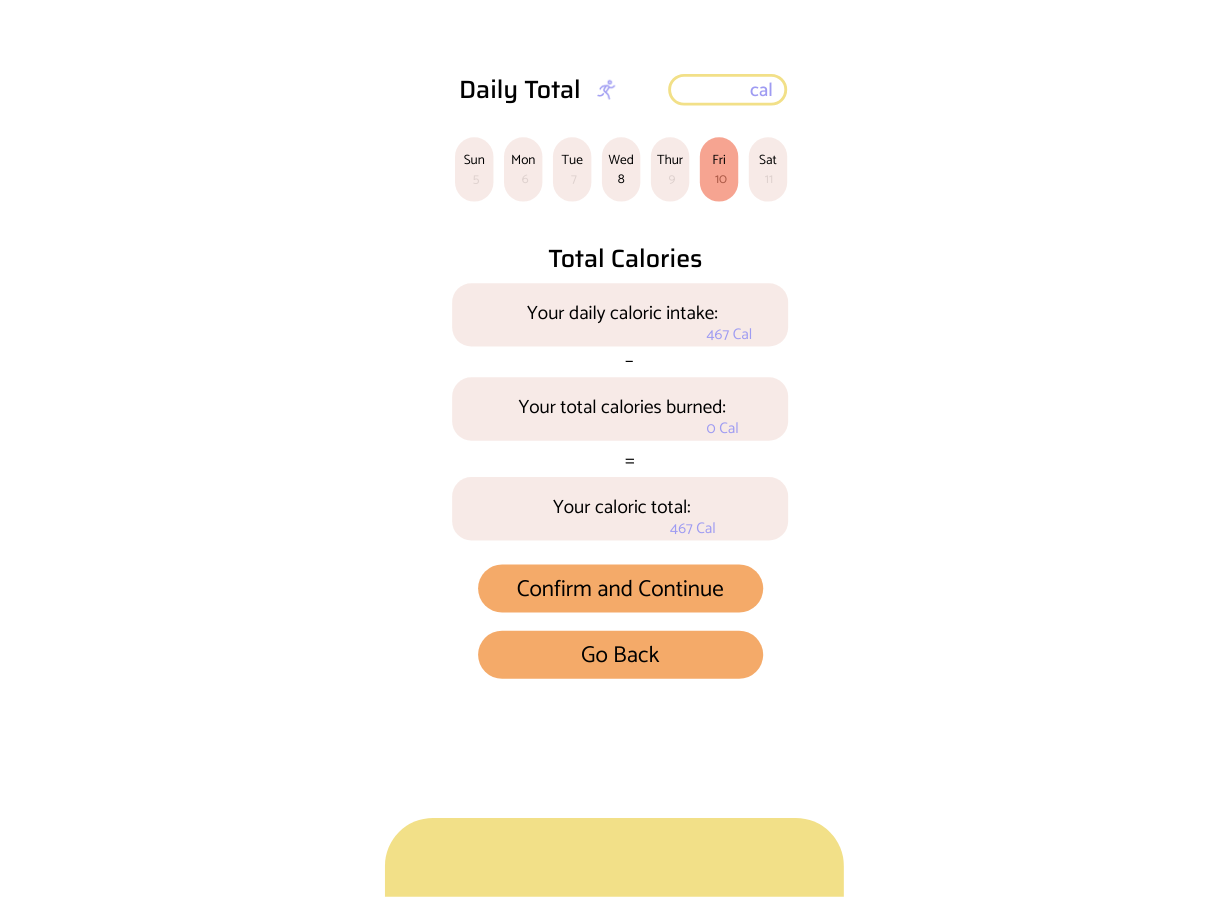
Repository: MeowCeline00/G5-Calorie-Tracker
Page: CalculateTotal/index.html
The author's editor kept a copy of each file at every save. The page is drawn from the files as they stood at one save, then again after a run of saves.
The browser window is 1280 px wide. The pictures show the whole page, at 96% of full size.

Above is the page before, as saved 2024-05-26 14:12:12.

### CalculateTotal/index.html
<!DOCTYPE html>
<html>
<head>
  	<meta charset="utf-8">
  	<meta name="viewport" content="initial-scale=1, width=device-width">


  	<link rel="stylesheet" href="./global.css" />
  	<link rel="stylesheet"  href="./index.css" />
  	<link rel="stylesheet" href="https://fonts.googleapis.com/css2?family=Saira:wght@500&display=swap" />
  	<link rel="stylesheet" href="https://fonts.googleapis.com/css2?family=Catamaran:wght@400;500&display=swap" />



</head>
<body>
	<div class="pageContainer">
		<div class="pageInnerContainer">

  	<div class="add-page">
    		<div class="add-page-child">
    		</div>

    		<div class="total-calories">Total Calories</div>
    		<div class="add-page-item">
    		</div>
    		<div class="add-page-inner">
    		</div>
    		<div class="confirm-and-continue">Confirm and Continue</div>
    		<div class="go-back">Go Back</div>
    		<div class="div">5</div>
    		<div class="div1">6</div>
    		<div class="div2">7</div>
    		<div class="div3">9</div>
    		<div class="div4">10</div>
    		<div class="div5">11</div>
    		<div class="rectangle-div">
    		</div>
    		<div class="add-page-child1">
    		</div>
    		<div class="add-page-child2">
    		</div>
    		<div class="add-page-child3">
    		</div>
    		<div class="add-page-child4">
    		</div>
    		<div class="add-page-child5">
    		</div>
    		<div class="add-page-child6">
    		</div>
    		<div class="sun">Sun</div>
    		<div class="mon">Mon</div>
    		<div class="tue">Tue</div>
    		<div class="wed">Wed</div>
    		<div class="thur">Thur</div>
    		<div class="fri">Fri</div>
    		<div class="sat">Sat</div>
    		<div class="div6">8</div>
    		<div class="daily-total">Daily Total</div>
    		<img class="hugeiconsworkout-run" alt="running" src="/Images/hugeicons_workout-run.png">

    		<div class="add-page-child7">
    		</div>
    		<div class="cal">cal</div>
    		<div class="add-page-child8">
    		</div>
    		<div class="add-page-child9">
    		</div>
    		<div class="add-page-child10">
    		</div>
    		<div class="your-daily-caloric">Your daily caloric intake:</div>
    		<div class="div7">_</div>
    		<div class="div8">=</div>
    		<div class="your-total-calories">Your total calories burned:</div>
    		<div class="your-caloric-total">Your caloric total:</div>
    		<div class="cal1">467 Cal</div>
    		<div class="cal2">0   Cal</div>
    		<div class="cal3">467 Cal</div>
  	</div>

  	<div class="navBarContainer">
		<div class="navBar"

		</div>
	</div>
</div>
</div>


</body>
</html>

### CalculateTotal/global.css

body {
    margin: 0;
    line-height: normal;
}


:root {

    --body-20-medium: Catamaran;
    --heading-26-regular: Saira;

    --font-size-base: 16px;
    --body-20-medium-size: 20px;
    --heading-26-regular-size: 26px;
    --font-size-sm: 14px;
    --body-24-regular-size: 24px;

    --purple: #9e9bf2;
    --color-black: #000;
    --lighter-nav-bar: rgba(247, 232, 229, 0.9);
    --yellow: #f2e088;
    --color-sandybrown: rgba(242, 149, 68, 0.8);

    --br-xl: 20px;
    --br-17xl: 36px;

}

### CalculateTotal/index.css
.add-page-child {
    position: absolute;
    top: 582px;
    left: 0px;
    width: 393px;
    height: 55px;
}
.nav-bar-icon {
    position: absolute;
    top: 726px;
    left: 0px;
    width: 393px;
    height: 126px;
}
.total-calories {
    position: absolute;
    top: 248px;
    left: 120px;
    font-size: var(--heading-26-regular-size);
    font-weight: 500;
    font-family: var(--heading-26-regular);
    text-align: left;
    display: inline-block;
    width: 163px;
    height: 42px;
}
.add-page-item {
    position: absolute;
    top: 588px;
    left: 47px;
    border-radius: var(--br-17xl);
    background-color: var(--color-sandybrown);
    width: 297px;
    height: 50px;
}
.add-page-inner {
    position: absolute;
    top: 657px;
    left: 47px;
    border-radius: var(--br-17xl);
    background-color: var(--color-sandybrown);
    width: 297px;
    height: 50px;
}
.confirm-and-continue {
    position: absolute;
    top: 595px;
    left: 80px;
    font-size: var(--body-24-regular-size);
    display: inline-block;
    width: 230px;
    height: 42px;
}
.go-back {
    position: absolute;
    top: 664px;
    left: 80px;
    font-size: var(--body-24-regular-size);
    display: inline-block;
    width: 230px;
    height: 42px;
}
.div {
    position: absolute;
    top: 176px;
    left: 25px;
    display: inline-block;
    width: 40px;
    height: 42px;
}
.div1 {
    position: absolute;
    top: 176px;
    left: 76px;
    display: inline-block;
    width: 40px;
    height: 42px;
}
.div2 {
    position: absolute;
    top: 176px;
    left: 127px;
    display: inline-block;
    width: 40px;
    height: 42px;
}
.div3 {
    position: absolute;
    top: 176px;
    left: 229px;
    display: inline-block;
    width: 40px;
    height: 42px;
}
.div4 {
    position: absolute;
    top: 176px;
    left: 280px;
    display: inline-block;
    width: 40px;
    height: 42px;
}
.div5 {
    position: absolute;
    top: 176px;
    left: 331px;
    display: inline-block;
    width: 38px;
    height: 42px;
}
.rectangle-div {
    position: absolute;
    top: 143px;
    left: 23px;
    border-radius: var(--br-xl);
    background-color: var(--lighter-nav-bar);
    width: 40px;
    height: 67px;
}
.add-page-child1 {
    position: absolute;
    top: 143px;
    left: 74px;
    border-radius: var(--br-xl);
    background-color: var(--lighter-nav-bar);
    width: 40px;
    height: 67px;
}
.add-page-child2 {
    position: absolute;
    top: 143px;
    left: 125px;
    border-radius: var(--br-xl);
    background-color: var(--lighter-nav-bar);
    width: 40px;
    height: 67px;
}
.add-page-child3 {
    position: absolute;
    top: 143px;
    left: 176px;
    border-radius: var(--br-xl);
    background-color: var(--lighter-nav-bar);
    width: 40px;
    height: 67px;
}
.add-page-child4 {
    position: absolute;
    top: 143px;
    left: 227px;
    border-radius: var(--br-xl);
    background-color: var(--lighter-nav-bar);
    width: 40px;
    height: 67px;
}
.add-page-child5 {
    position: absolute;
    top: 143px;
    left: 278px;
    border-radius: var(--br-xl);
    background-color: rgba(242, 126, 99, 0.7);
    width: 40px;
    height: 67px;
}
.add-page-child6 {
    position: absolute;
    top: 143px;
    left: 329px;
    border-radius: var(--br-xl);
    background-color: var(--lighter-nav-bar);
    width: 40px;
    height: 67px;
}
.sun {
    position: absolute;
    top: 156px;
    left: 23px;
    display: inline-block;
    width: 40px;
    height: 20px;
}
.mon {
    position: absolute;
    top: 156px;
    left: 74px;
    display: inline-block;
    width: 40px;
    height: 20px;
}
.tue {
    position: absolute;
    top: 156px;
    left: 125px;
    display: inline-block;
    width: 40px;
    height: 20px;
}
.wed {
    position: absolute;
    top: 156px;
    left: 176px;
    display: inline-block;
    width: 40px;
    height: 20px;
}
.thur {
    position: absolute;
    top: 156px;
    left: 227px;
    display: inline-block;
    width: 40px;
    height: 20px;
}
.fri {
    position: absolute;
    top: 156px;
    left: 278px;
    display: inline-block;
    width: 40px;
    height: 20px;
}
.sat {
    position: absolute;
    top: 156px;
    left: 329px;
    display: inline-block;
    width: 40px;
    height: 20px;
}
.div6 {
    position: absolute;
    top: 176px;
    left: 176px;
    display: inline-block;
    width: 40px;
    height: 42px;
}
.daily-total {
    position: absolute;
    top: 72px;
    left: 27px;
    font-size: var(--heading-26-regular-size);
    font-weight: 500;
    font-family: var(--heading-26-regular);
    text-align: left;
    display: inline-block;
    width: 130px;
    height: 42px;
}
.hugeiconsworkout-run {
    position: absolute;
    top: 81px;
    left: 168px;
    width: 25px;
    height: 25px;
}
.add-page-child7 {
    position: absolute;
    top: 77px;
    left: 245px;
    border-radius: var(--br-xl);
    background-color: #fff;
    border: 3px solid var(--yellow);
    box-sizing: border-box;
    width: 124px;
    height: 33px;
}
.cal {
    position: absolute;
    top: 78px;
    left: 314px;
    font-size: var(--body-20-medium-size);
    font-weight: 500;
    color: var(--purple);
    text-align: right;
    display: inline-block;
    width: 40px;
    height: 23px;
}
.add-page-child8 {
    position: absolute;
    top: 295px;
    left: 20px;
    border-radius: var(--br-xl);
    background-color: var(--lighter-nav-bar);
    width: 350px;
    height: 66px;
}
.add-page-child9 {
    position: absolute;
    top: 393px;
    left: 20px;
    border-radius: var(--br-xl);
    background-color: var(--lighter-nav-bar);
    width: 350px;
    height: 66px;
}
.add-page-child10 {
    position: absolute;
    top: 497px;
    left: 20px;
    border-radius: var(--br-xl);
    background-color: var(--lighter-nav-bar);
    width: 350px;
    height: 66px;
}
.your-daily-caloric {
    position: absolute;
    top: 310px;
    left: 98px;
    font-size: var(--body-20-medium-size);
}
.div7 {
    position: absolute;
    top: 355px;
    left: 200px;
    font-size: var(--body-20-medium-size);
}
.div8 {
    position: absolute;
    top: 463px;
    left: 200px;
    font-size: var(--body-20-medium-size);
}
.your-total-calories {
    position: absolute;
    top: 408px;
    left: 89px;
    font-size: var(--body-20-medium-size);
}
.your-caloric-total {
    position: absolute;
    top: 512px;
    left: 125px;
    font-size: var(--body-20-medium-size);
}
.cal1 {
    position: absolute;
    top: 335px;
    left: 285px;
    font-size: var(--font-size-base);
    color: var(--purple);
    text-align: right;
}
.cal2 {
    position: absolute;
    top: 433px;
    left: 285px;
    font-size: var(--font-size-base);
    color: var(--purple);
    text-align: right;
}
.cal3 {
    position: absolute;
    top: 537px;
    left: 247px;
    font-size: var(--font-size-base);
    color: var(--purple);
    text-align: right;
}
.add-page {
    width: 100%;
    position: relative;
    left: 50px;
    background-color: rgba(255, 255, 255, 0.92);
    height: 852px;
    overflow: hidden;
    text-align: center;
    font-size: var(--font-size-sm);
    color: var(--color-black);
    font-family: var(--body-20-medium);
}

.navBar {
    background-color: #F2E088;
    width: 430px;
    height: 50px;
    display: flex;
    flex-direction: row;
    justify-content: space-between;
    align-items: center;
    padding-left: 1.5em;
    padding-right: 1.5em;
    padding-top: 1em;
    padding-bottom: 1em;
    border-top-left-radius: 50px;
    border-top-right-radius: 50px;
}

.image1 {
    width: 50px;
    height: 42.5;
}
.image02 {
    position: relative;
    width: 66.67px;
    height: 66.67px;
    background-color: #fff;
    padding:0.25em ;
    border-radius: 360px;
    top: -50px;
}

.image03 {
    width: 41.25px;
    height: 45.58;
}

.navBar a {
    padding: 0em;
    margin: 0em;
}

.pageContainer {
    display: flex;

    flex-direction: column;
    align-items: center;


}
.pageInnerContainer {
    display: flex;
    flex-direction: column;
    align-items: center;
    justify-content: center;

}

.add-page-container {
    display: flex;
    justify-content: center;
    flex-direction: column;
}

### scripts/app.js
document.addEventListener('DOMContentLoaded', () => {
    navigateTo('landing');
});

function navigateTo(page) {
    switch (page) {
        case 'landing':
            renderLandingPage();
            break;
        case 'home':
            renderHomePage();
            break;
        case 'profile':
            renderProfilePage();
            break;
        case 'lunchCalorie':
            window.location.href = '/lunchAddPage/index.html';
            break;
        case 'addNew':
            window.location.href = '/addPage/Add.html';
            break;
        case 'dinnerCalorie':
            window.location.href = '/dinnerAddPage/index.html';
            break;
        case 'snacksCalorie':
            window.location.href = '/snacksAddPage/index.html';
            break;
        case 'breakfastCalorie':
            window.location.href = '/breakfastAddPage/index.html';
            break;
        case 'burnedCalorie':
            window.location.href = '/burnedAddPage/index.html';
            break;
        default:
            console.error('Invalid page:', page);
            break;
    }
}

### scripts/navbar.js
function renderNavbar() {
    return `
      <div class="navContainer">
        <nav class="navbar">
          <div class="navItem" onclick="navigateTo('home')">
            <img src="/images/home_icon.svg" alt="Home" width="60" height="60" />
          </div>
          <div class="addButtonContainer">
            <div class="addnewButton" onclick="navigateTo('addNew')">
              <img src="/images/add_icon.svg" alt="Add" width="80" height="80" />
            </div>
          </div>
          <div class="navItem" onclick="navigateTo('recipes')">
            <img src="/images/recipes_icon.svg" alt="Recipes" width="55" height="55" />
          </div>
        </nav>
      </div>
    `;
}

After the next 2 saves:
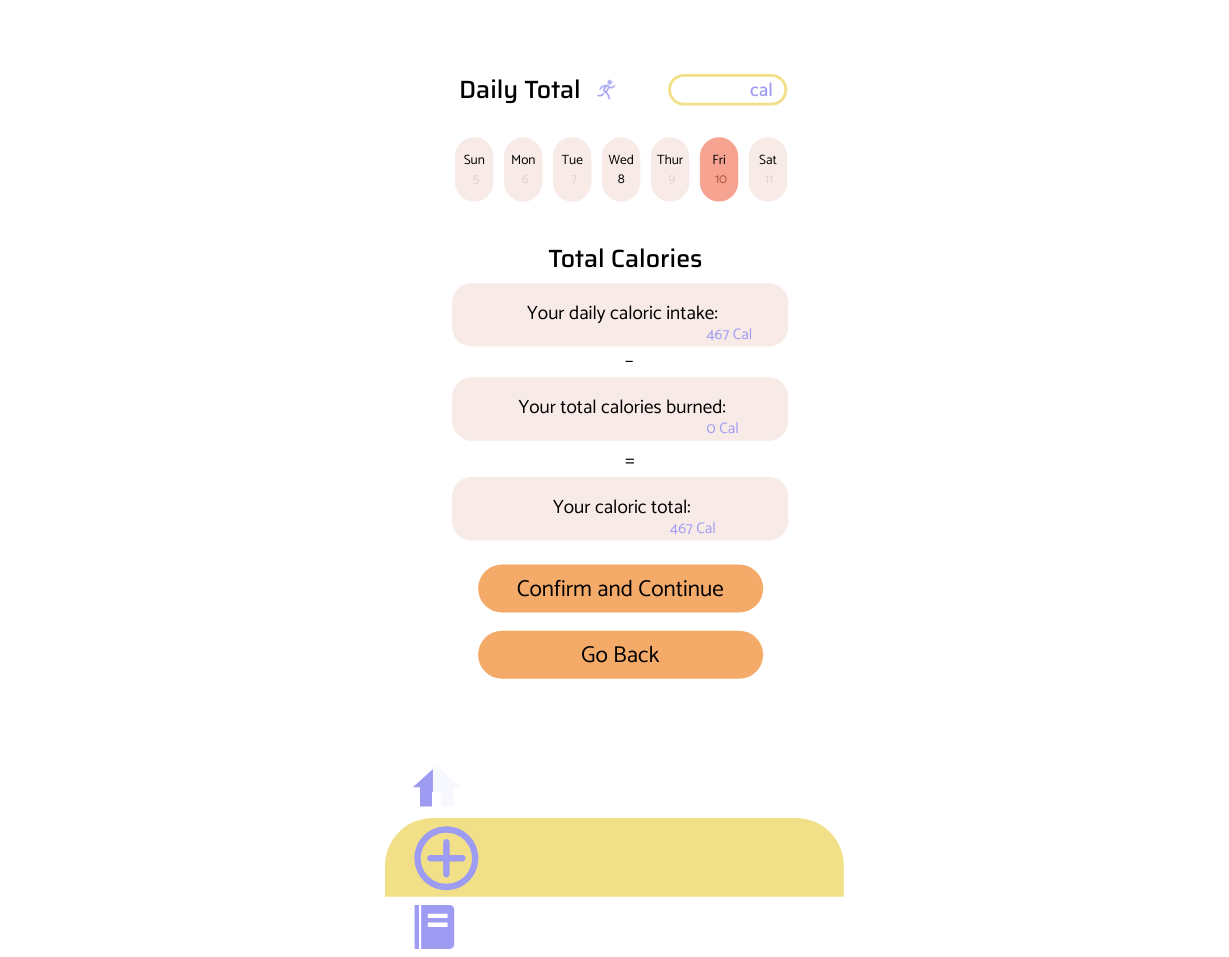
Console error: ReferenceError: renderLandingPage is not defined
The 2 saves are shown as one change because they came seconds apart.
The last was saved 7 s later.
--- a/CalculateTotal/index.html
+++ b/CalculateTotal/index.html
@@ -79,7 +79,24 @@
   	</div>
 
   	<div class="navBarContainer">
-		<div class="navBar"
+		<div class="navBar">
+			<div class="navContainer">
+				<nav class="navbar">
+				  <div class="navItem" onclick="navigateTo('home2')">
+					<img src="/images/home_icon.svg" alt="Home" width="60" height="60" />
+				  </div>
+				  <div class="addButtonContainer">
+					<div class="addnewButton" onclick="navigateTo('addNew')">
+					  <img src="/images/add_icon.svg" alt="Add" width="80" height="80" />
+					</div>
+				  </div>
+				  <div class="navItem" onclick="navigateTo('recipes')">
+					<img src="/images/recipes_icon.svg" alt="Recipes" width="55" height="55" />
+				  </div>
+				</nav>
+			  </div>
+			  <script src="/scripts/app.js"></script>
+			  <script src="/scripts/navbar.js"></script>
 
 		</div>
 	</div>
